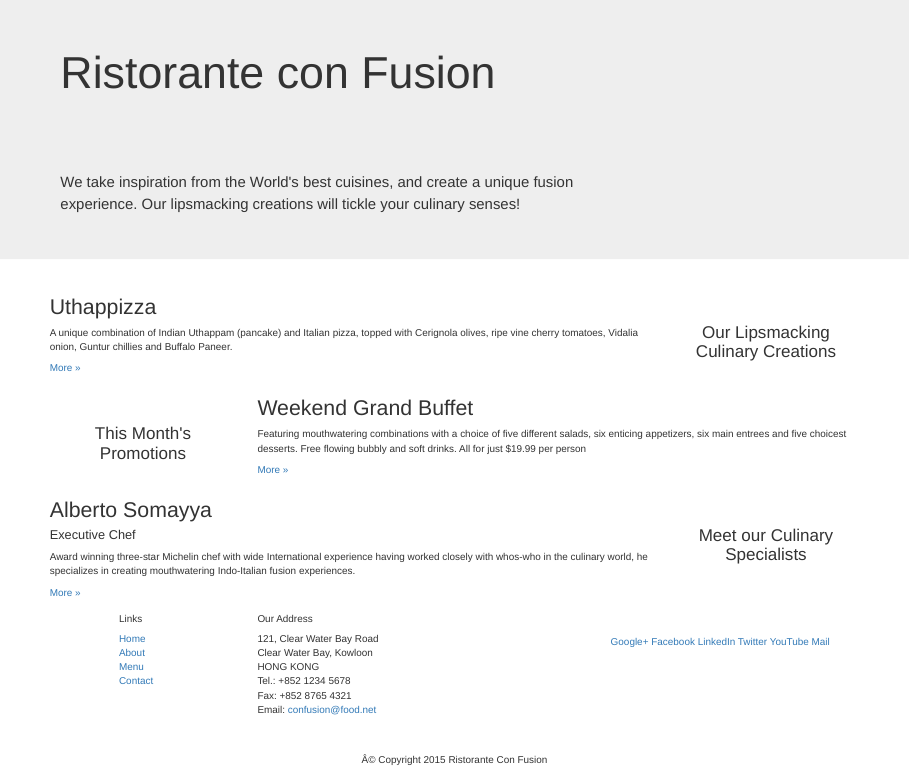
Repository: tagus24/Coursera
Page: Coursera/FullStackDeveloper/conFusion/src/main/webapp/index.html
These files come from the project's save history. The page is drawn as it stood at one moment and after the next save; the edit follows.
The browser window is 1280 px wide. The pictures show the whole page, at 71% of full size.
Some web libraries are served in a nearby version.

Above is the page before, as saved 2016-01-31 17:31:57.

### Coursera/FullStackDeveloper/conFusion/src/main/webapp/index.html
<!DOCTYPE html>
<html lang="en">

<head>
	<meta charset="utf-8">
    <meta http-equiv="X-UA-Compatible" content="IE=edge">
    <meta name="viewport" content="width=device-width, initial-scale=1">
    <!-- The above 3 meta tags *must* come first in the head; any other head
         content must come *after* these tags -->

    <title>Ristorante Con Fusion</title>

        <!-- Bootstrap -->
    <link href="css/bootstrap.min.css" rel="stylesheet">
    <link href="css/bootstrap-theme.min.css" rel="stylesheet">
	<link href="css/mystyles.css" rel="stylesheet">

    <!-- HTML5 shim and Respond.js for IE8 support of HTML5 elements and media queries -->
    <!-- WARNING: Respond.js doesn't work if you view the page via file:// -->
    <!--[if lt IE 9]>
      <script src="https://oss.maxcdn.com/html5shiv/3.7.2/html5shiv.min.js"></script>
      <script src="https://oss.maxcdn.com/respond/1.4.2/respond.min.js"></script>
    <![endif]-->

</head>

<body>

    <header class="jumbotron">

        <!-- Main component for a primary marketing message or call to action -->

        <div class="container">
            <div class="row row-header">
                <div class="col-xs-12 col-sm-8">
                    <h1>Ristorante con Fusion</h1>
                    <p style="padding:40px;"></p>
                    <p>We take inspiration from the World's best cuisines, and create a unique fusion experience. Our lipsmacking creations will tickle your culinary senses!</p>
                </div>
                <div class="col-xs-12 col-sm-4">
                </div>
            </div>
        </div>
    </header>

    <div class="container">
        <div class="row">
            <div class="col-xs-12 col-sm-3 col-sm-push-9">
                <p style="padding:20px;"></p>
                <h3 align=center>Our Lipsmacking Culinary Creations</h3>
            </div>
            <div class="col-xs-12 col-sm-9 col-sm-pull-3">
                <h2>Uthappizza</h2>
                <p>A unique combination of Indian Uthappam (pancake) and Italian pizza, topped with Cerignola olives, ripe vine cherry tomatoes, Vidalia onion, Guntur chillies and Buffalo Paneer.</p>
                <p><a  href="#">More &raquo;</a></p>
            </div>
        </div>


        <div class="row">
            <div class="col-xs-12 col-sm-3">
                <p style="padding:20px;"></p>
                <h3 align=center>This Month's Promotions</h3>
            </div>
            <div class="col-xs-12 col-sm-9">
                <h2>Weekend Grand Buffet</h2>
                <p>Featuring mouthwatering combinations with a choice of five different salads, six enticing appetizers, six main entrees and five choicest desserts. Free flowing bubbly and soft drinks. All for just $19.99 per person </p>
                <p><a href="#">More &raquo;</a></p>
            </div>
        </div>

        <div class="row">
            <div class="col-xs-12 col-sm-3 col-sm-push-9">
                <p style="padding:20px;"></p>
                <h3 align=center>Meet our Culinary Specialists</h3>
            </div>
            <div class="col-xs-12 col-sm-9 col-sm-pull-3">
                <h2>Alberto Somayya</h2>
                <h4>Executive Chef</h4>
                <p>Award winning three-star Michelin chef with wide International experience having worked closely with whos-who in the culinary world, he specializes in creating mouthwatering Indo-Italian fusion experiences. </p>
                <p><a href="#">More &raquo;</a></p>
            </div>
        </div>
    </div>

    <footer>
        <div class="container">
            <div class="row">
                <div class="col-xs-5 col-xs-offset-1 col-sm-2 col-sm-offset-1">
                    <h5>Links</h5>
                    <ul class="list-unstyled">
                        <li><a href="#">Home</a></li>
                        <li><a href="#">About</a></li>
                        <li><a href="#">Menu</a></li>
                        <li><a href="#">Contact</a></li>
                    </ul>
                </div>
                <div class="col-xs-6 col-sm-5">
                    <h5>Our Address</h5>
                    <address>
		              121, Clear Water Bay Road<br>
		              Clear Water Bay, Kowloon<br>
		              HONG KONG<br>
		              Tel.: +852 1234 5678<br>
		              Fax: +852 8765 4321<br>
		              Email: <a href="mailto:confusion@food.net">confusion@food.net</a>
		           </address>
                </div>
                <div class="col-xs-12 col-sm-4">
                    <div style="padding: 40px 10px;">
                        <a href="http://google.com/+">Google+</a>
                        <a href="http://www.facebook.com/profile.php?id=">Facebook</a>
                        <a href="http://www.linkedin.com/in/">LinkedIn</a>
                        <a href="http://twitter.com/">Twitter</a>
                        <a href="http://youtube.com/">YouTube</a>
                        <a href="mailto:">Mail</a>
                    </div>
                </div>
                <div class="col-xs-12">
                    <p style="padding:10px;"></p>
                    <p align=center>Â© Copyright 2015 Ristorante Con Fusion</p>
                </div>
            </div>
        </div>
    </footer>

     <!-- jQuery (necessary for Bootstrap's JavaScript plugins) -->
    <script src="https://ajax.googleapis.com/ajax/libs/jquery/1.11.3/jquery.min.js"></script>
    <!-- Include all compiled plugins (below), or include individual files as needed -->
    <script src="js/bootstrap.min.js"></script>

</body>

</html>

### Coursera/FullStackDeveloper/conFusion/src/main/webapp/css/mystyles.css
.row-header{
    margin:0px auto;
    padding:0px auto;
}

.row-content {
    margin:0px auto;
    padding: 50px 0px 50px 0px;
    border-bottom: 1px ridge;
    min-height:400px;
}

.row-footer{
    background-color: #AfAfAf;
    margin:0px auto;
    padding: 20px 0px 20px 0px;
}

Loaded but not shown: Coursera/FullStackDeveloper/conFusion/src/main/webapp/css/bootstrap.min.css (library); Coursera/FullStackDeveloper/conFusion/src/main/webapp/css/bootstrap-theme.min.css (library); Coursera/FullStackDeveloper/conFusion/src/main/webapp/js/bootstrap.min.js (library)

After the next save:
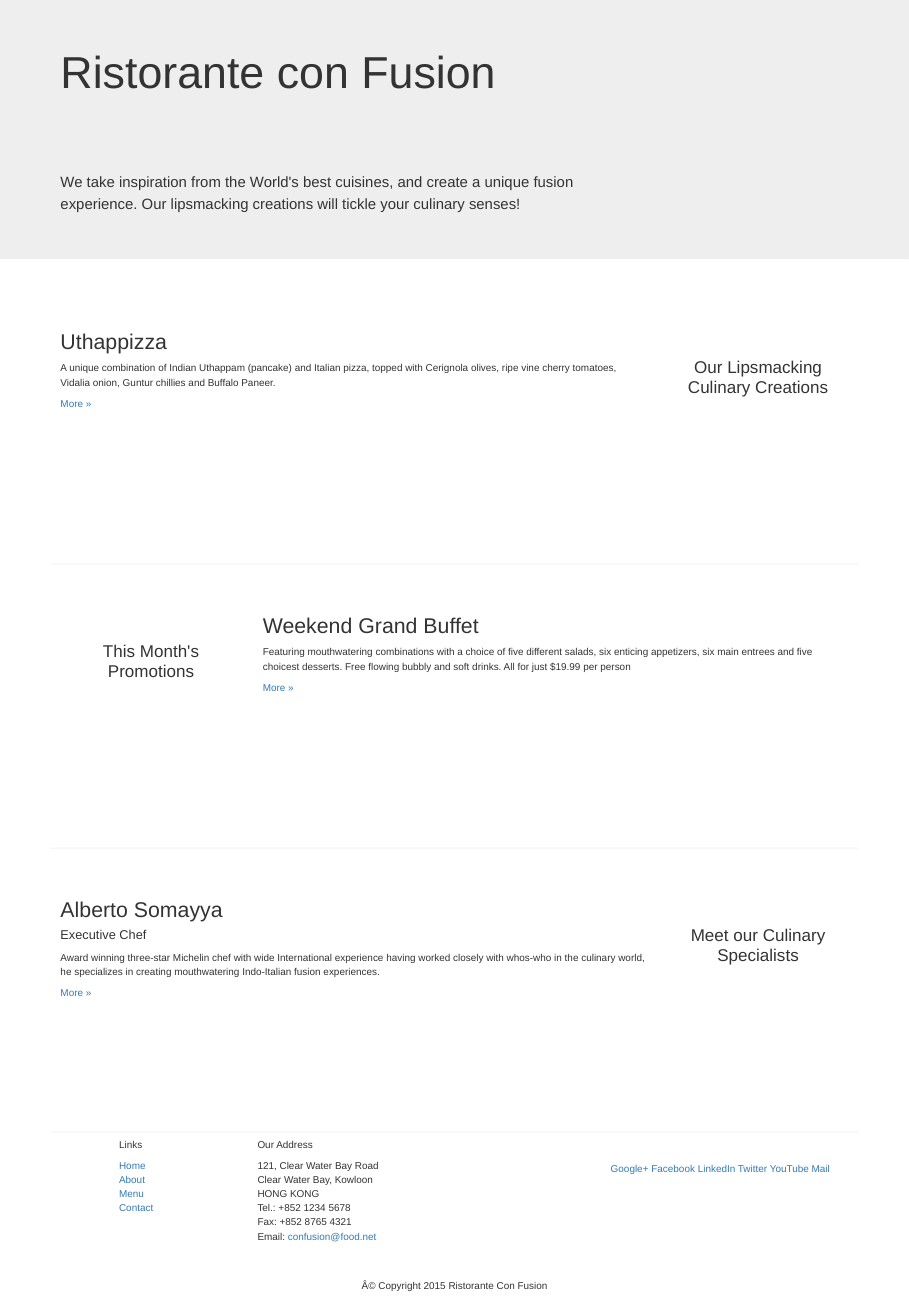
Saved 36 s later.
--- a/Coursera/FullStackDeveloper/conFusion/src/main/webapp/index.html
+++ b/Coursera/FullStackDeveloper/conFusion/src/main/webapp/index.html
@@ -44,7 +44,7 @@
     </header>
 
     <div class="container">
-        <div class="row">
+        <div class="row row-content">
             <div class="col-xs-12 col-sm-3 col-sm-push-9">
                 <p style="padding:20px;"></p>
                 <h3 align=center>Our Lipsmacking Culinary Creations</h3>
@@ -57,7 +57,7 @@
         </div>
 
 
-        <div class="row">
+        <div class="row row-content">
             <div class="col-xs-12 col-sm-3">
                 <p style="padding:20px;"></p>
                 <h3 align=center>This Month's Promotions</h3>
@@ -69,7 +69,7 @@
             </div>
         </div>
 
-        <div class="row">
+        <div class="row row-content">
             <div class="col-xs-12 col-sm-3 col-sm-push-9">
                 <p style="padding:20px;"></p>
                 <h3 align=center>Meet our Culinary Specialists</h3>
@@ -85,7 +85,7 @@
 
     <footer>
         <div class="container">
-            <div class="row">
+            <div class="row ">
                 <div class="col-xs-5 col-xs-offset-1 col-sm-2 col-sm-offset-1">
                     <h5>Links</h5>
                     <ul class="list-unstyled">
